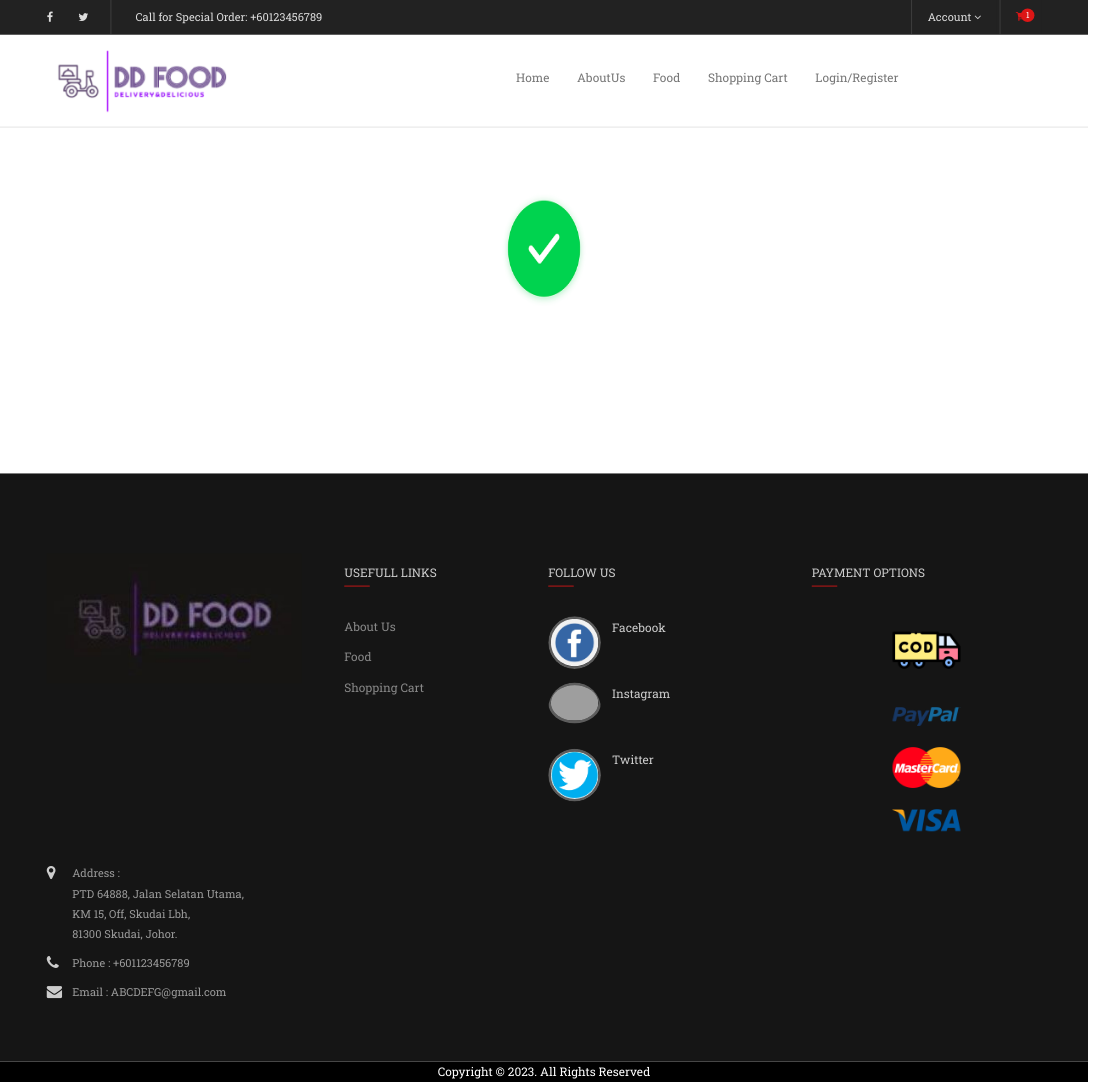
Repository: Tanhx987/Food-Ordering-Delivery-System
Page: CODpayment.html
An editor plug-in stored every save of this project. The page is shown before and after the next save, followed by the edit.
The browser window is 1280 px wide. The page is 1280 px wide, then 1295 px, so the pictures cover 1295 px, including what lies to the right of the window. The pictures show the whole page, at 85% of full size.
Pictures or frames that could not be fetched are drawn as grey boxes. Some web fonts or font styles are not loaded; a fallback is used.

Above is the page before, as saved 2023-08-13 22:09:17.

After the next save:
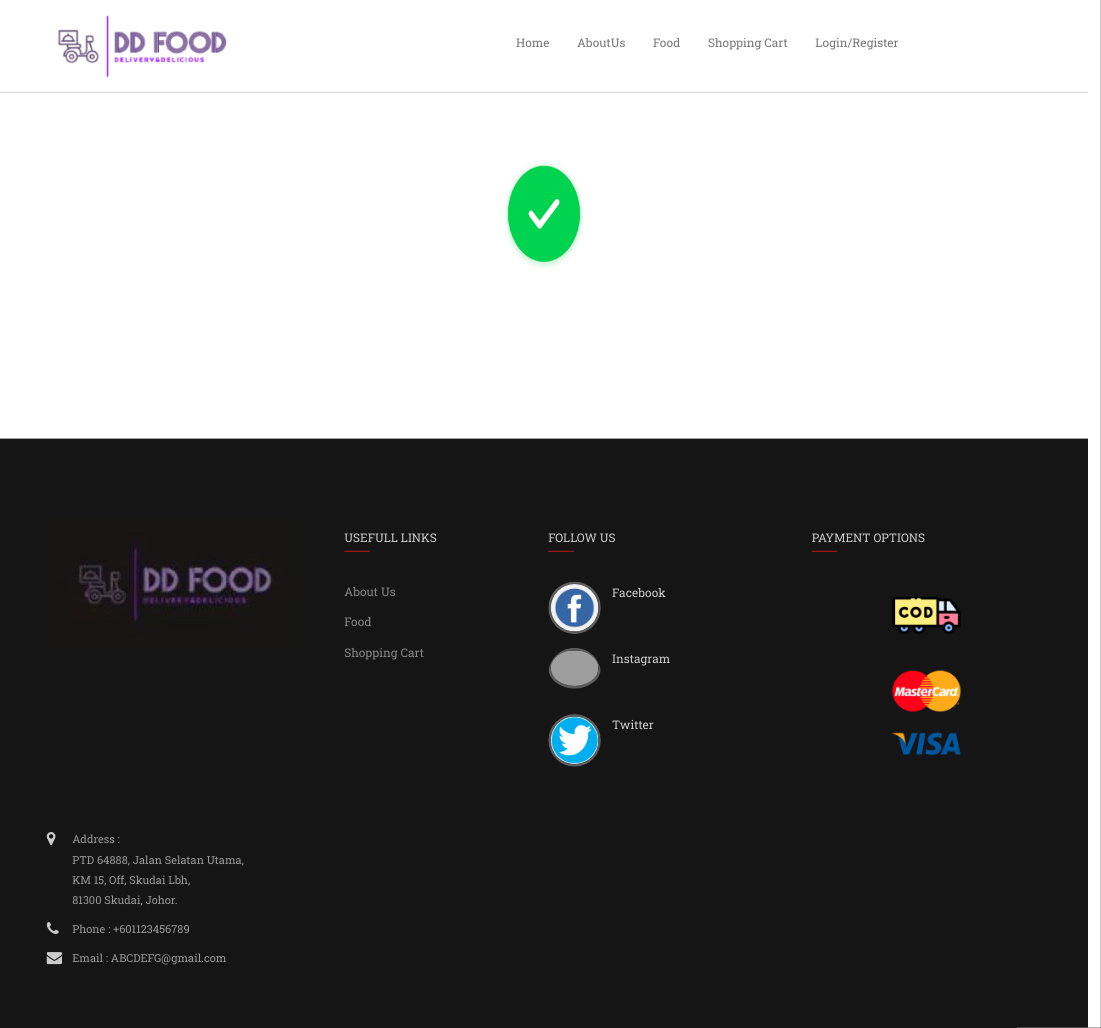
Saved 25 s later.
--- a/CODpayment.html
+++ b/CODpayment.html
@@ -10,7 +10,6 @@
 <link href="css/revolution-slider.css" rel="stylesheet">
 <link href="css/style.css" rel="stylesheet">
 <link href="css/bootstrap.vertical-tabs.css" rel="stylesheet">
-
 <link href="css/responsive.css" rel="stylesheet">
 <style>
     .gif-container {
@@ -74,49 +73,9 @@
 
 <body>
 
-<div class="page-wrapper">
-
-    <div class="preloader"></div>
-
     <header class="main-header">
     	<div class="header-top">
-        	<div class="auto-container">
             	<div class="clearfix">
-
-                    <div class="top-left">
-                        <div class="social-icon">
-                        	<a href="https://www.facebook.com/campaign/landing.php?campaign_id=1742551639&extra_1=s%7Cc%7C339370934041%7Ce%7Cfacebook%27%7C&placement=&creative=339370934041&keyword=facebook%27&partner_id=googlesem&extra_2=campaignid%3D1742551639%26adgroupid%3D72230628630%26matchtype%3De%26network%3Dg%26source%3Dnotmobile%26search_or_content%3Ds%26device%3Dc%26devicemodel%3D%26adposition%3D%26target%3D%26targetid%3Dkwd-362360550869%26loc_physical_ms%3D1010274%26loc_interest_ms%3D%26feeditemid%3D%26param1%3D%26param2%3D&gclid=EAIaIQobChMI9umNldPQ_wIVupNmAh3yNAHHEAAYASAAEgKKmPD_BwE"><span class="fa fa-facebook"></span></a>
-                            <a href="https://twitter.com/i/flow/login?input_flow_data=%7B%22requested_variant%22%3A%22eyJsYW5nIjoiemgifQ%3D%3D%22%7D"><span class="fa fa-twitter"></span></a>
-
-                        </div>
-
-                    	<ul class="clearfix">
-                        	<li>Call for Special Order: +60123456789</li>
-                        </ul>
-                    </div>
-
-                    <div class="top-right">
-
-                    	<ul>
-                            <li class="eng-dropdown dropdown"><a class="btn btn-default dropdown-toggle" id="dropdownMenu1" data-toggle="dropdown" aria-haspopup="true" aria-expanded="true" href="#"><span class="icon"></span> Account <span class="arow-icon fa fa-angle-down"></span></a>
-                                <ul class="dropdown-menu style-one" aria-labelledby="dropdownMenu1">
-                                    <li><a href="Login.php">Login</a></li>
-                                    <li><a href="Register.php">Register</a></li>
-
-                                </ul>
-                            </li>
-                            <li class="cart-btn"><a href="shopping-cart.html"><i class="fa fa-shopping-cart" aria-hidden="true"></i>
-<span class="count">1</span></a></li>
-                        </ul>
-
-                    </div>
-
-                </div>
-
-            </div>
-        </div>
-
-
     	<div class="main-box">
         	<div class="auto-container">
             	<div class="outer-container clearfix">
@@ -284,9 +243,6 @@
                                 <li><a href="checkout.html"> <img src="images/cod.png" alt="Cash On Delivery"></a>
                                 </li>
 
-                                <li><a href="checkout.html"> <img src="images/PayPal_Logo_2007.png" alt="Paypal"></a>
-                                </li>
-
                                 <li><a href="checkout.html"> <img src="images/mastercard.png" alt="Mastercard"></a>
                             </li>
 
@@ -301,12 +257,6 @@
         </div>
     </div>
 </footer>
-        <footer-bottom>
-         <div class="footer-bottom" style="background-color: black;">
-            <div class="container" style="text-align: center;">
-               <div class="copyright-text" style="color: white;">Copyright &copy; 2023. All Rights Reserved </div>
-           </div>
-   </footer-bottom>
 
 
 
